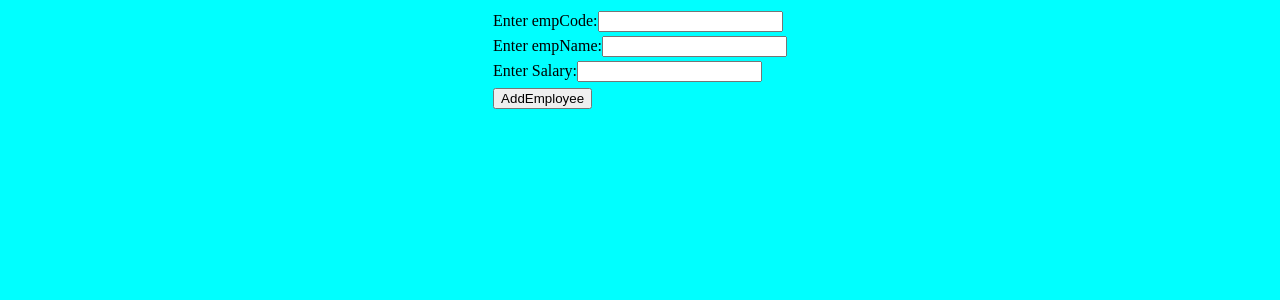
Repository: SravyaChunduri/workspace
Page: http://localhost/DAY15_DAO_/AddEmployee.jsp
These files come from the project's save history. The page is drawn as it stood at one moment and after the next save; the edit follows.
The browser window is 1280 px wide. The pictures show the whole page.
The page is served by Tomcat 9. Other server files are loaded and not shown.

Above is the page before, as saved 2015-08-11 07:19:41.

### DAY15(DAO)/WebContent/AddEmployee.jsp
<%@ page language="java" contentType="text/html; charset=ISO-8859-1"
    pageEncoding="ISO-8859-1"%>
<!DOCTYPE html PUBLIC "-//W3C//DTD HTML 4.01 Transitional//EN" "http://www.w3.org/TR/html4/loose.dtd">
<html>
<head>
<meta http-equiv="Content-Type" content="text/html; charset=ISO-8859-1">
<title>Insert title here</title>
</head>
<body bgcolor="cyan">
<form action="AddEmployee">
<table align="center">
<tr><td>Enter empCode:<input type="text" name="empCode"></td></tr>
<tr><td>Enter empName:<input type="text" name="empName"></td></tr>
<tr><td>Enter Salary:<input type="text" name="salary"></td><tr>
<tr><td><input type="submit" value="AddEmployee"></td></tr>
</table>
</form>

</body>
</html>

After the next save:
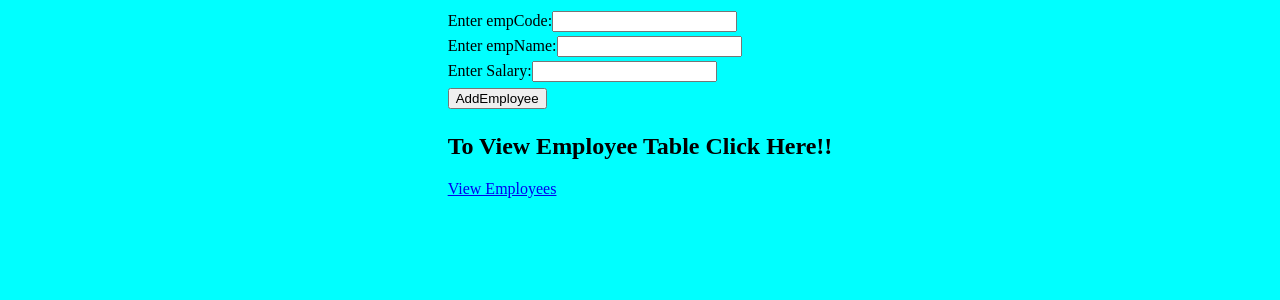
Saved 69 s later.
--- a/DAY15(DAO)/WebContent/AddEmployee.jsp
+++ b/DAY15(DAO)/WebContent/AddEmployee.jsp
@@ -13,6 +13,7 @@
 <tr><td>Enter empName:<input type="text" name="empName"></td></tr>
 <tr><td>Enter Salary:<input type="text" name="salary"></td><tr>
 <tr><td><input type="submit" value="AddEmployee"></td></tr>
+<tr><td><h2>To View Employee Table Click Here!!</h2><a href="ViewEmployees">View Employees</a></td></tr>
 </table>
 </form>
 
